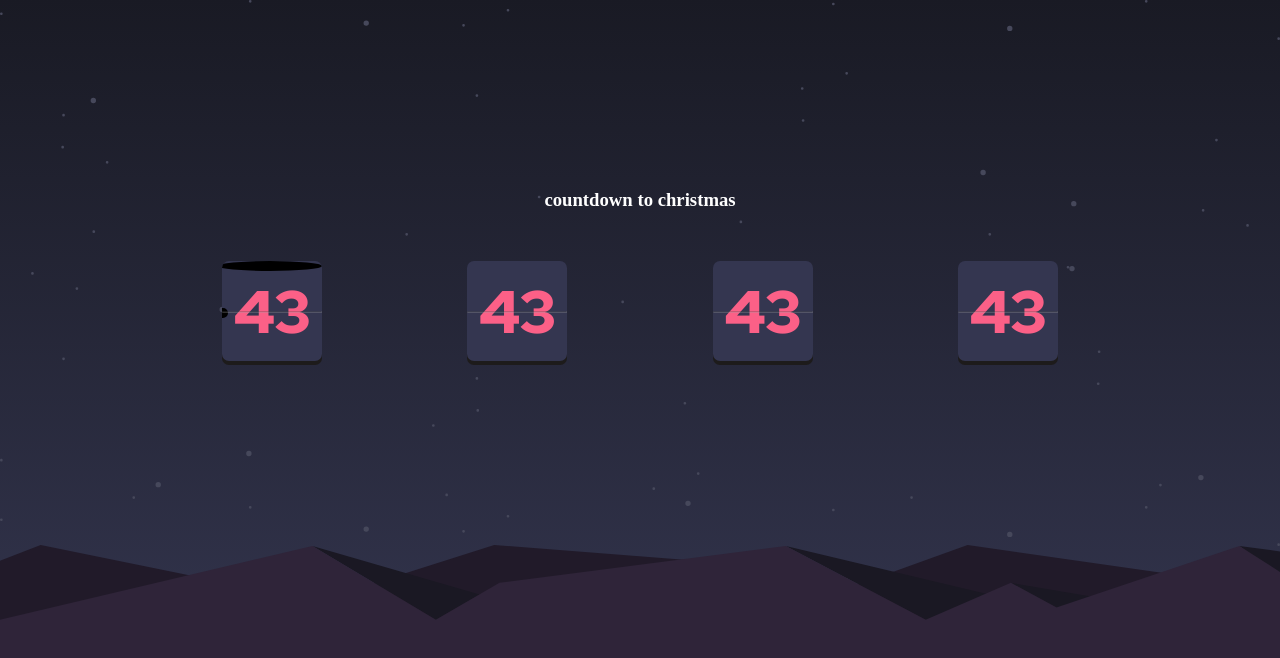
Repository: Eugene44-hub/countdown
Page: index.html
These files come from the project's save history. The page is drawn as it stood at one moment and after the next save; the edit follows.
The browser window is 1280 px wide. The pictures show the whole page.

Above is the page before, as saved 2021-09-12 03:50:44.

### index.html
<!DOCTYPE html>
<html lang="en">

<head>
    <meta charset="UTF-8">
    <meta http-equiv="X-UA-Compatible" content="IE=edge">
    <meta name="viewport" content="width=device-width, initial-scale=1.0">
    <title>Document</title>
    <link rel="stylesheet" href="style.css">
</head>

<body>
    <div class="container">


        <div class="timer ">
            <h3 class="col10">countdown to christmas</h3>
            <div class="card">
                <div class="circle"></div>
                <div class="circle circle2"></div>
                <p>43</p>
                <hr> </div>
            <div class="card">
                <p>43</p>
                <hr>
            </div>
            <div class="card">
                <p>43</p>
                <hr>
            </div>
            <div class="card">
                <p>43</p>
                <hr>
            </div>

        </div>

    </div>
    <script src="app.js"></script>

</body>

</html>

</html>

### style.css
@import url('https://fonts.googleapis.com/css2?family=Red+Hat+Text:wght@700&display=swap');
* {
    padding: 0;
    margin: 0;
    box-sizing: border-box;
}

body {
    /* background-color: hsl(235, 16%, 14%); */
    /* background-color: hsl(234, 17%, 12%); */
    background-image: url('images/pattern-hills.svg'), url('images/bg-stars.svg'), linear-gradient( hsl(235, 18%, 12%), hsl(236, 21%, 26%));
    background-position: bottom, top;
    background-repeat: no-repeat, repeat;
    background-size: contain;
    background-attachment: fixed;
}

.container {
    display: flex;
    width: 100%;
    height: 500px;
    flex-wrap: wrap;
    text-align: center;
}

.col10 {
    flex: 100%;
    margin: auto;
}

h3 {
    color: white;
    padding: 50px;
    font-family: 'Red Text Hat';
}

.timer {
    margin: auto;
    display: flex;
    flex-wrap: wrap;
    justify-content: space-between;
    padding: 30px;
    width: 70%;
}

.card {
    background-color: hsl(236, 21%, 26%);
    width: 100px;
    height: 100px;
    position: relative;
    overflow: hidden;
    box-shadow: 0px 4px rgb(29, 27, 27);
    border-radius: 7px;
    display: flex;
}

p {
    font-size: 60px;
    font-family: 'Red Hat Text';
    color: hsl(345, 95%, 68%);
    margin: auto;
}

.circle {
    border-width: 5px;
    border-radius: 50%;
    border-color: black;
    border-style: solid;
    height: 1px;
    position: absolute;
    left: -4px;
    top: 47%;
}

.circle2 {
    top: 0;
    right: 0;
}

hr {
    position: absolute;
    width: 100%;
    top: 50%;
    left: 0%;
    border-color: rgb(158, 158, 158);
    opacity: 0.3;
}


/* timer color  hsl(345, 95%, 68%)
timer card color hsl(237, 18%, 59%)
* /

### app.js
const proposed = new Date('2021-12-25');
const current = new Date();

const proArr = [proposed.getHours(), proposed.getMinutes(), proposed.getSeconds(), proposed.getDay(), proposed.getMonth()]
console.log('proposed days:' + (((proArr.at(-1) * 31) - 7) + proposed.getDate()));
console.log('current days:' + (((current.getMonth() * 31) - 5) + current.getDate()));

console.log((((proArr.at(-1) * 31) - 7) + proposed.getDate()) - (((current.getMonth() * 31) - 5) + current.getDate()) + 'days to christmas');

console.log('hours:' + (24 - current.getHours()));
console.log('minutes:' + (60 - current.getMinutes()));
console.log('hours:' + (60 - current.getSeconds()));

// let cal = proposed. - current;
// console.log(proposed);
// console.log(current.getDate());
// console.log(proArr.at(-1) + 1);
// let another = new Date(cal);
// console.log(another)
//359-253 propsed day - current day(mth*31-7) for september minus 6

After the next save:
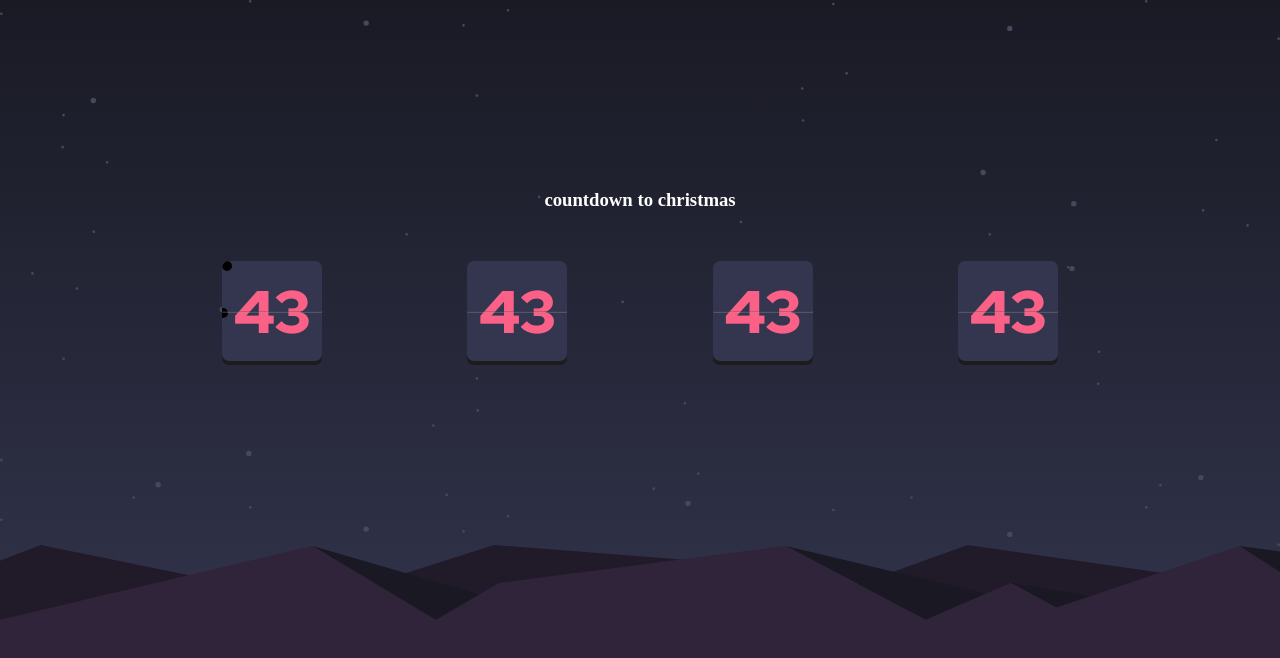
Saved 30 s later.
--- a/style.css
+++ b/style.css
@@ -74,7 +74,7 @@ p {
 
 .circle2 {
     top: 0;
-    right: 0;
+    left: 0;
 }
 
 hr {
